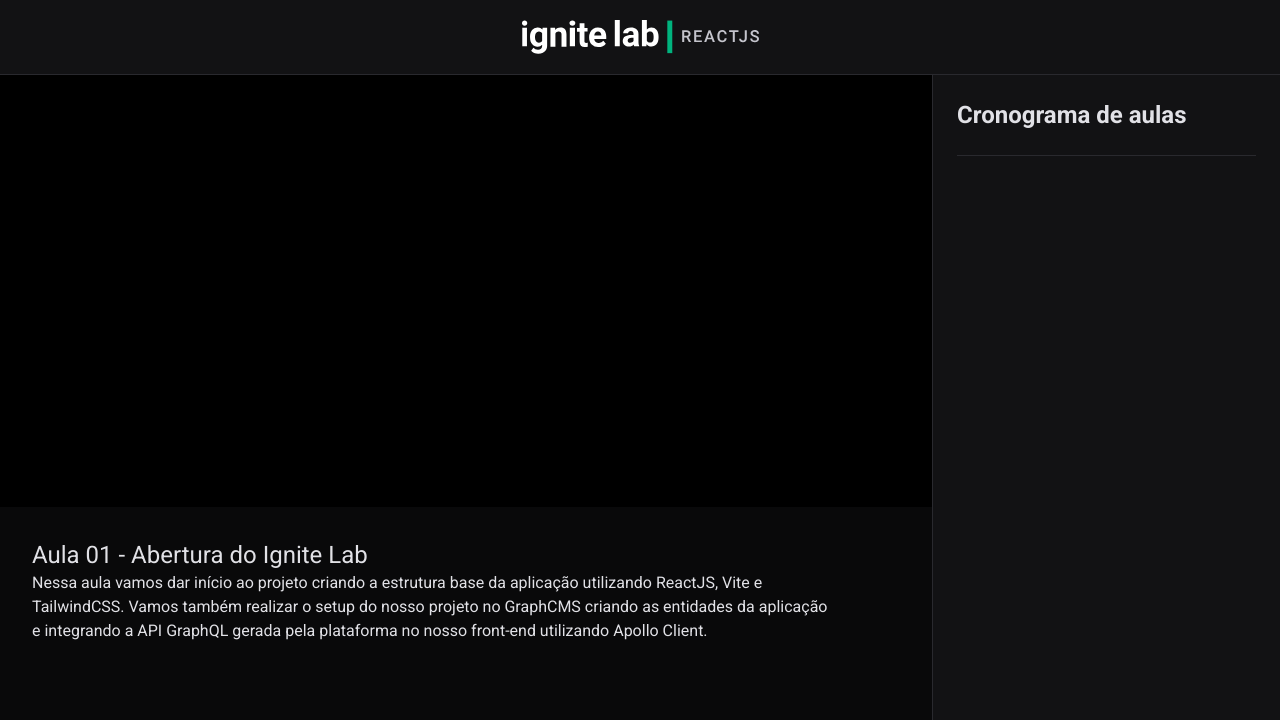
Repository: XFERRER7/Ignite-lab
Page: /
An editor plug-in stored every save of this project. The page is shown before and after the next save, followed by the edit.
The browser window is 1280 px wide. The pictures show the whole page.
The page's requests for data from a server got no answer. The project was rebuilt for these pictures with package versions that can differ from the ones it lists, and the page was loaded fresh each time. No one was signed in, and anything a server would have sent is missing. Also part of the build but not shown: vite.config.ts, src/components/Lesson.tsx.

Above is the page before, as saved 2022-06-26 01:51:06.

After the next save:
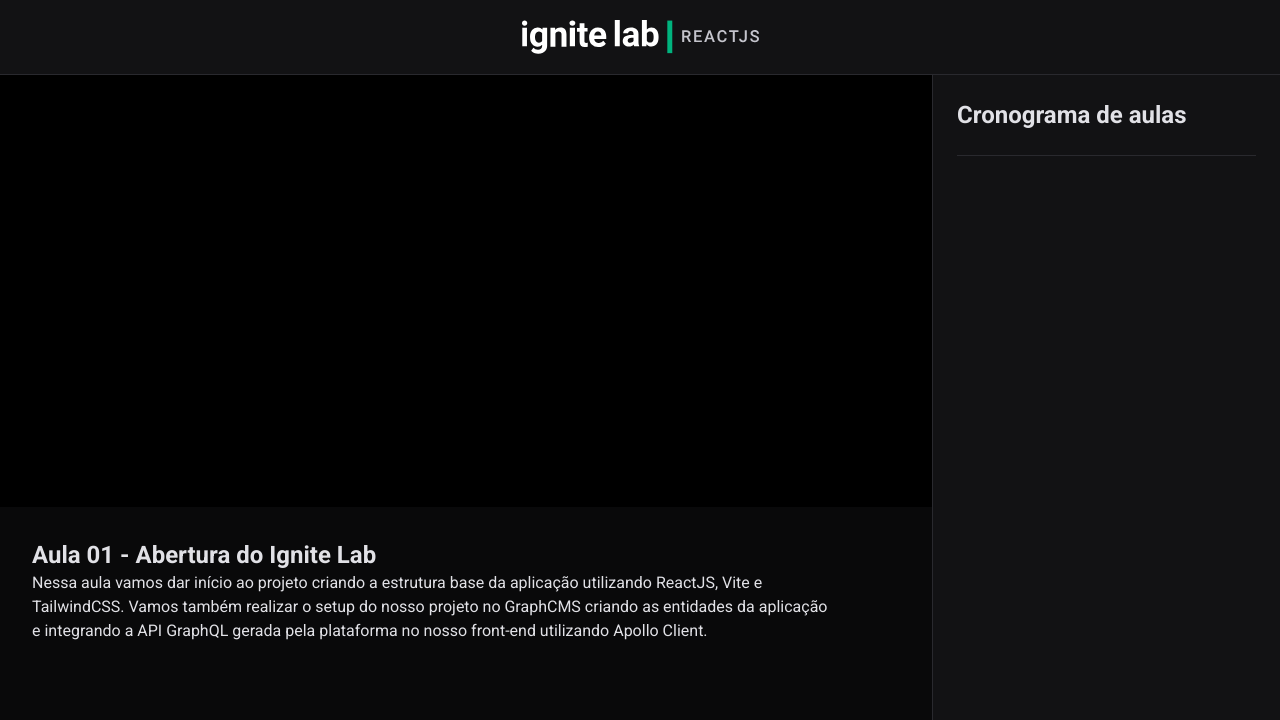
Saved 4 s later.
--- a/src/components/Video.tsx
+++ b/src/components/Video.tsx
@@ -11,7 +11,7 @@
 
         <div className='flex items-start gap-16'>
           <div className='flex-1'>
-            <h1 className='text-2xl font0'>Aula 01 - Abertura do Ignite Lab</h1>
+            <h1 className='text-2xl font-bold'>Aula 01 - Abertura do Ignite Lab</h1>
             <p>
               Nessa aula vamos dar início ao projeto criando a estrutura base da aplicação
               utilizando ReactJS, Vite e TailwindCSS. Vamos também realizar o setup do nosso
